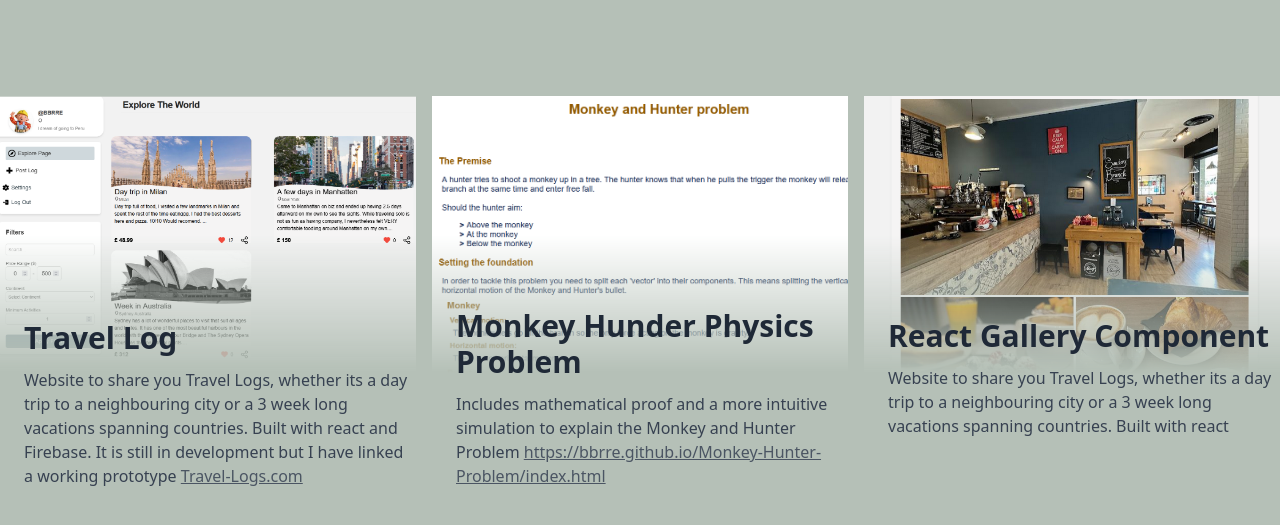
Repository: BBRRE/Portfolio-V2
Page: /#/Computer-Sci
The author's editor kept a copy of each file at every save. The page is drawn from the files as they stood at one save, then again after the next save.
The browser window is 1280 px wide. The pictures show the whole page.
Some web fonts or font styles are not loaded; a fallback is used. The project was rebuilt for these pictures with package versions that can differ from the ones it lists, and the page was loaded fresh each time. Also part of the build but not shown: vite.config.js, src/Subjects/Archi.jsx, src/Subjects/EEng.jsx, src/Subjects/Other.jsx, src/Projects Overview.jsx, src/HomePage.jsx, src/ErrorBoundary.jsx.

Above is the page before, as saved 2024-11-29 09:16:00.

After the next save:
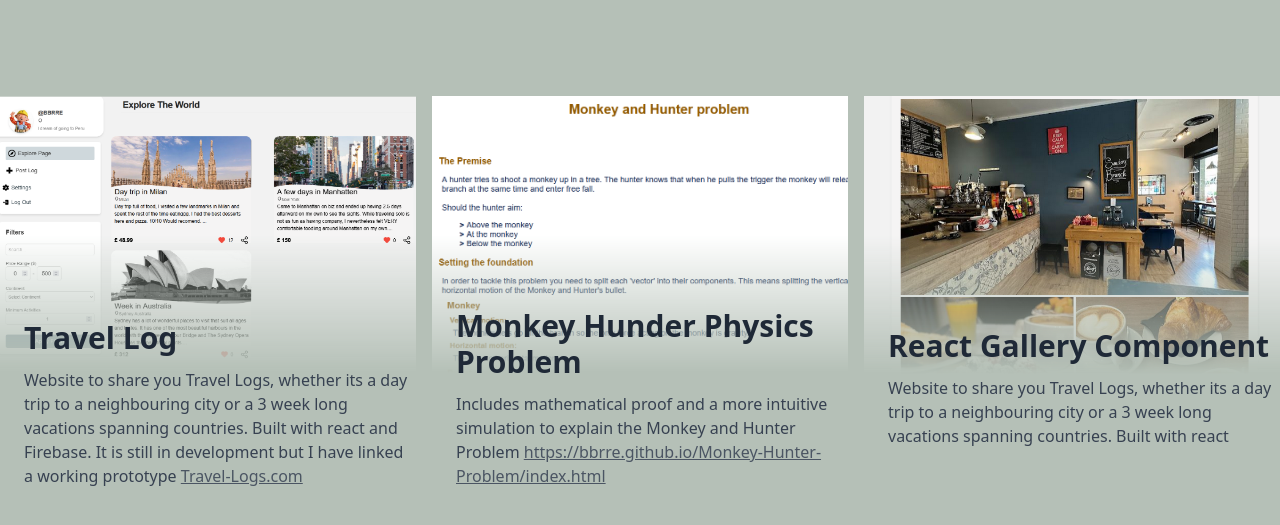
Saved 5 s later.
--- a/src/Subjects/CompSci.jsx
+++ b/src/Subjects/CompSci.jsx
@@ -30,7 +30,7 @@ const CompSci = () => {
         </div>
       </div>
 
-      <div className='relative mx-auto mt-24 w-[700px] h-[350px]'>
+      <div className='relative mx-auto mt-24 w-[700px] h-[360px]'>
         <img src={tr} style={{ WebkitMaskImage: 'linear-gradient(to top, transparent 0%, black 50%)' }} />
         <div className=" absolute bottom-2 left-2 flex flex-col ml-4 gap-3 justify-center">
           <h2 className=" text-left text-xl md:text-2xl lg:text-3xl font-semibold text-gray-800">
